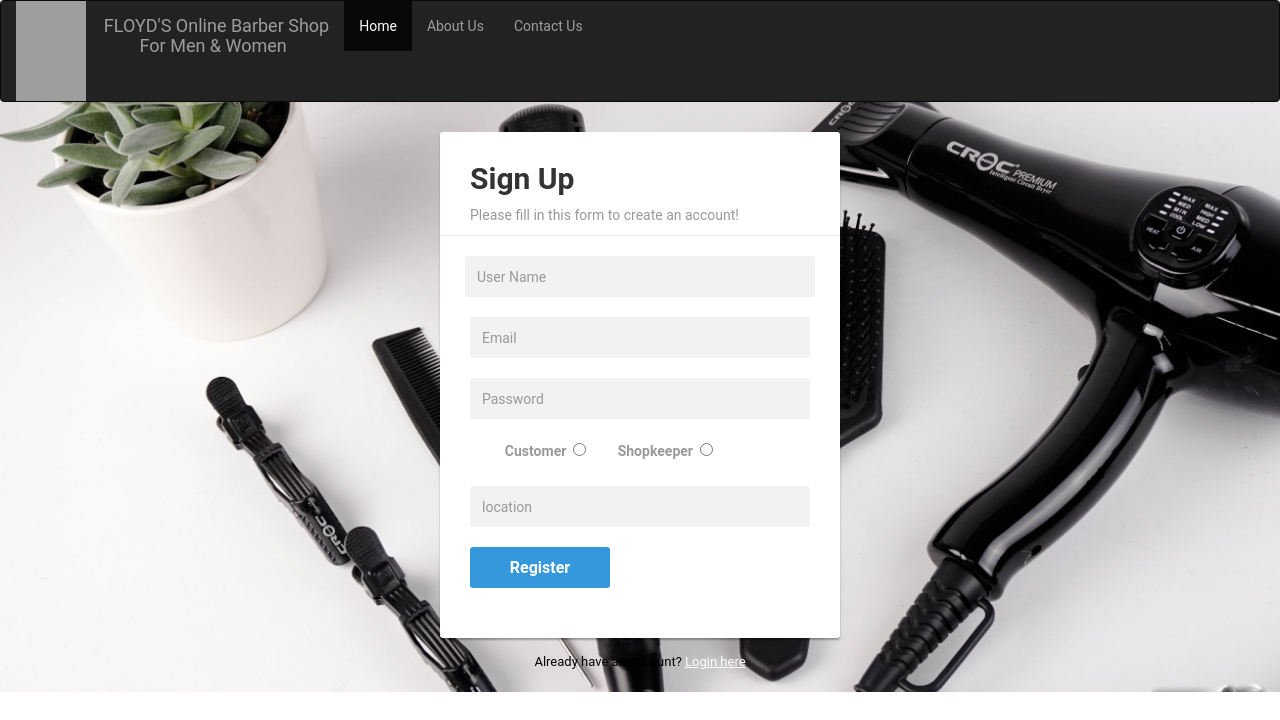
Repository: Mithil-Chavan/OnlineBarbershopManagementSystem
Page: http://localhost/OnlineBarberShop/WEB-INF/views/user/register.jsp
The author's editor kept a copy of each file at every save. The page is drawn from the files as they stood at one save, then again after a run of saves.
The browser window is 1280 px wide. The pictures show the whole page.
Some web fonts or font styles are not loaded; a fallback is used. The page is served by Tomcat 9. Nobody is signed in. Other server files are loaded and not shown. The template is opened directly, without the code that normally fills it, so the values that code supplies are empty.

Above is the page before, as saved 2021-03-25 07:12:20.

### OnlineBarberShop/OnlineBarberShop/src/main/webapp/WEB-INF/views/user/register.jsp
<%@ page language="java" contentType="text/html; charset=ISO-8859-1"
	pageEncoding="ISO-8859-1"%>
			<%@ taglib uri="http://java.sun.com/jsp/jstl/core" prefix="c"%>
<%@ taglib uri="http://www.springframework.org/tags" prefix="spring"%>
<%@ taglib uri="http://www.springframework.org/tags/form" prefix="sf"%>


<!DOCTYPE html>
<html lang="en">
<head>
  <title>register</title>
  <meta charset="utf-8">
<meta name="viewport" content="width=device-width, initial-scale=1, shrink-to-fit=no">
<title>Bootstrap Elegant Account Login Form with Avatar Icon</title>
<link rel="stylesheet" href="https://fonts.googleapis.com/css?family=Merienda+One">
<link rel="stylesheet" href="https://stackpath.bootstrapcdn.com/bootstrap/3.4.1/css/bootstrap.min.css">
<link rel="stylesheet" href="https://fonts.googleapis.com/icon?family=Material+Icons">
<link rel="stylesheet" href="https://maxcdn.bootstrapcdn.com/font-awesome/4.7.0/css/font-awesome.min.css">
<script src="https://code.jquery.com/jquery-3.5.1.min.js"></script>
<script src="https://cdn.jsdelivr.net/npm/popper.js@1.16.0/dist/umd/popper.min.js"></script>
<script src="https://stackpath.bootstrapcdn.com/bootstrap/4.5.0/js/bootstrap.min.js"></script>
<style>
body {
	color: #fff;
	/* background: #3598dc; */
	background: url("http://localhost:8080/register.jpg")no-repeat;
	background-size: cover;
	background-position: center;
	width:100%; height:650px;
	font-family: 'Roboto', sans-serif;
}
.form-control {
	height: 41px;
	background: #f2f2f2;
	box-shadow: none !important;
	border: none;
}
.form-control:focus {
	background: #e2e2e2;
}
.form-control, .btn {
	border-radius: 3px;
}
.signup-form {
	width: 400px;
	margin: 30px auto;
}
.signup-form form {
	color: #999;
	border-radius: 3px;
	margin-bottom: 15px;
	background: #fff;
	box-shadow: 0px 2px 2px rgba(0, 0, 0, 0.3);
	padding: 30px;
}
.signup-form h2  {
	color: #333;
	font-weight: bold;
	margin-top: 0;
}
.signup-form hr  {
	margin: 0 -30px 20px;
}
.signup-form .form-group {
	margin-bottom: 20px;
}
.signup-form input[type="checkbox"] {
	margin-top: 3px;
}
.signup-form .row div:first-child {
	padding-right: 10px;
}
.signup-form .row div:last-child {
	padding-left: 10px;
}
.signup-form .btn {
	font-size: 16px;
	font-weight: bold;
	background: #3598dc;
	border: none;
	min-width: 140px;
}
.signup-form .btn:hover, .signup-form .btn:focus {
	background: #2389cd !important;
	outline: none;
}
.signup-form a {
	color: #fff;
	text-decoration: underline;
}
.signup-form a:hover {
	text-decoration: none;
}
.signup-form form a {
	color: #3598dc;
	text-decoration: none;
}
.signup-form form a:hover {
	text-decoration: underline;
}
.signup-form .hint-text  {
color:#000000;
font-size: 13px;
	padding-bottom: 15px;
	text-align: center;
}
</style>
</head>
<body>

<nav class="navbar navbar-inverse">
  <div class="container-fluid">
  <div class="navbar-header">
    <img src="http://localhost:8080/about1.png" width="70" height="100" alt="Bootstrappin"/>
    </div>
    <div class="navbar-header">
      <a class="navbar-brand" > &nbsp&nbsp&nbsp FLOYD'S Online Barber Shop
      <br>&nbsp&nbsp&nbsp&nbsp&nbsp&nbsp&nbsp&nbsp&nbsp&nbsp&nbsp For Men & Women</br> </a>
    </div>
    <ul class="nav navbar-nav">
      <li class="active"><a href="/">Home</a></li>
     <li><a href="/about">About Us</a></li>
      <li><a href="/contact">Contact Us</a></li>
    </ul>

  </div>
</nav>


<div class="signup-form">
    <sf:form method="post" >
		<h2>Sign Up</h2>
		<p>Please fill in this form to create an account!</p>
		<hr>
        <div class="form-group">
			<div class="row">
				<div class="col"><input type="text" class="form-control" name="userName" placeholder="User Name" required="required"></div>
			</div>
        </div>
        <div class="form-group">
        	<input type="email" class="form-control" name="emailId" placeholder="Email" required="required">
        </div>
		<div class="form-group">
            <input type="password" class="form-control" name="password" placeholder="Password" required="required">
        </div>

        <div class="form-group">
			<label class="form-check-label">&nbsp&nbsp&nbsp&nbsp&nbsp&nbsp&nbsp&nbsp&nbsp Customer  &nbsp<input type="radio" name="role" value="customer" required="required"> </label>
			<label class="form-check-label">&nbsp&nbsp&nbsp&nbsp&nbsp&nbsp&nbsp Shopkeeper &nbsp<input type="radio" name="role" value="shopkeeper" required="required"> </label>
		</div>

		<div class="form-group">
            <input type="location" class="form-control" name="location" placeholder="location" required="required">
        </div>

		<div class="form-group">
            <input type="submit" class="btn btn-primary btn-lg" value="Register"/>
        </div>
	</sf:form>
	<div class="hint-text">Already have an account? <a href="/user/login">Login here</a></div>
</div>



</body>
</html>

After the next 2 saves:
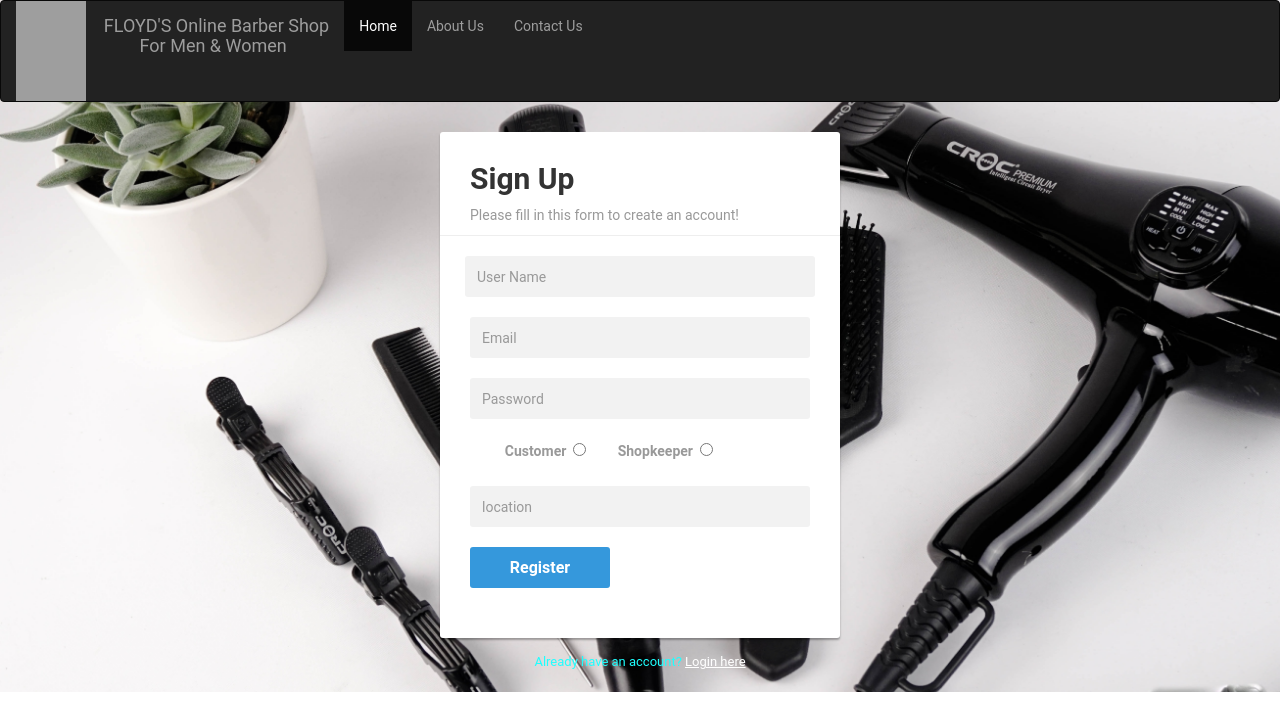
The 2 saves are shown as one change because they came seconds apart.
The last was saved 81 s later.
--- a/OnlineBarberShop/OnlineBarberShop/src/main/webapp/WEB-INF/views/user/register.jsp
+++ b/OnlineBarberShop/OnlineBarberShop/src/main/webapp/WEB-INF/views/user/register.jsp
@@ -99,7 +99,7 @@ body {
 	text-decoration: underline;
 }
 .signup-form .hint-text  {
-color:#000000;
+color:#1fffff;
 font-size: 13px;
 	padding-bottom: 15px;
 	text-align: center;
